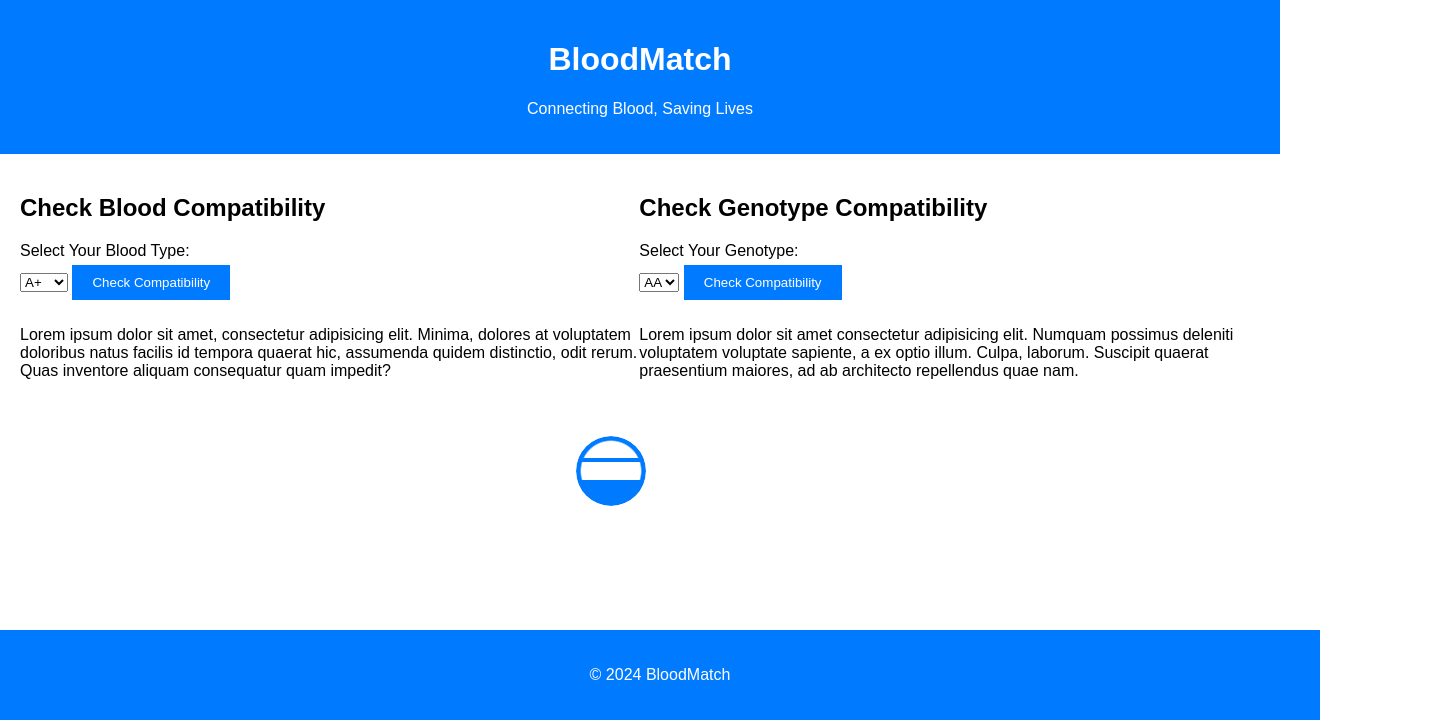
Repository: JuliusMonday/BloodMatch
Page: index.html
An editor plug-in stored every save of this project. The page is shown before and after a run of saves, followed by the edit.
The browser window is 1280 px wide. The page is 1280 px wide, then 1440 px, then 1280 px, so the pictures cover 1440 px, including what lies to the right of the window. The pictures show the whole page.

Above is the page before, as saved 2024-05-02 16:42:54.

After the next 2 saves:
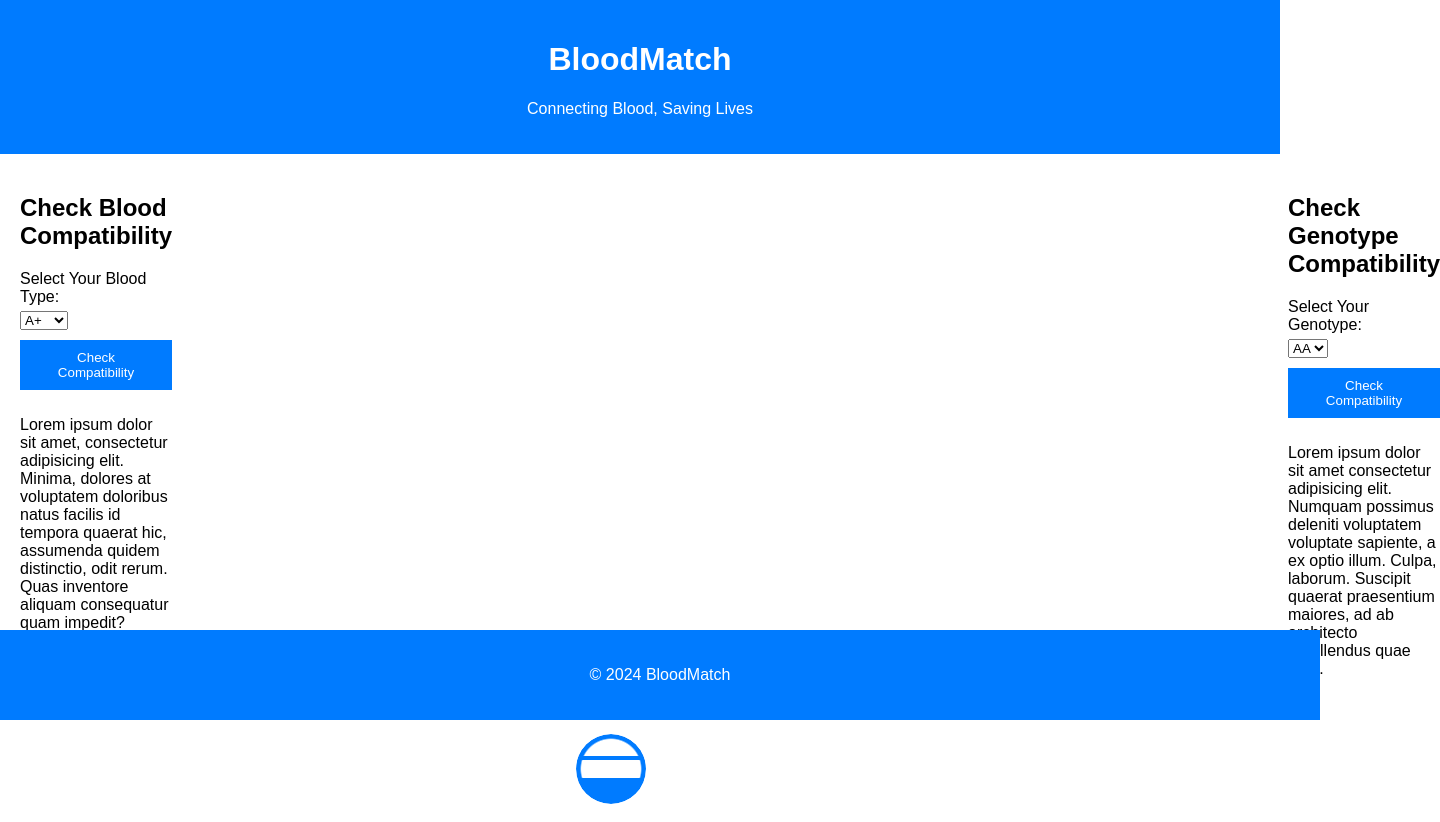
The 2 saves are shown as one change because they came seconds apart.
The last was saved 44 s later.
--- a/index.html
+++ b/index.html
@@ -28,6 +28,7 @@
       <button onclick="checkBloodCompatibility()">Check Compatibility</button>
       <p id="compatibilityResult">Lorem ipsum dolor sit amet, consectetur adipisicing elit. Minima, dolores at voluptatem doloribus natus facilis id tempora quaerat hic, assumenda quidem distinctio, odit rerum. Quas inventore aliquam consequatur quam impedit?</p>
     </section>
+    <div class="custom-loader"></div>
     <section id="genotype">
       <h1>Check Genotype Compatibility</h1>
       <label for="selectGenotype">Select Your Genotype:</label>

After the 3 saves that followed:
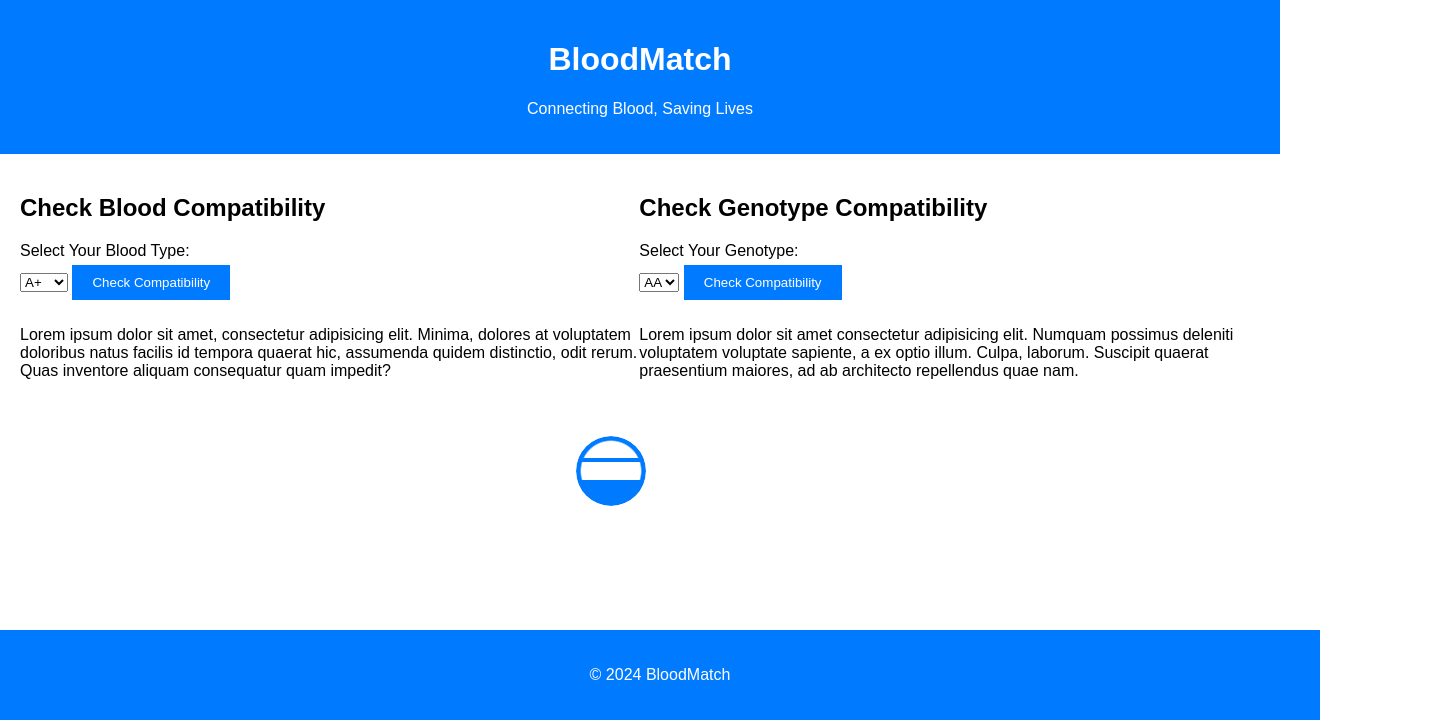
The 3 saves are shown as one change because 1 left the picture as it was and some came seconds apart.
The last was saved 19 s later.
--- a/index.html
+++ b/index.html
@@ -28,7 +28,6 @@
       <button onclick="checkBloodCompatibility()">Check Compatibility</button>
       <p id="compatibilityResult">Lorem ipsum dolor sit amet, consectetur adipisicing elit. Minima, dolores at voluptatem doloribus natus facilis id tempora quaerat hic, assumenda quidem distinctio, odit rerum. Quas inventore aliquam consequatur quam impedit?</p>
     </section>
-    <div class="custom-loader"></div>
     <section id="genotype">
       <h1>Check Genotype Compatibility</h1>
       <label for="selectGenotype">Select Your Genotype:</label>
